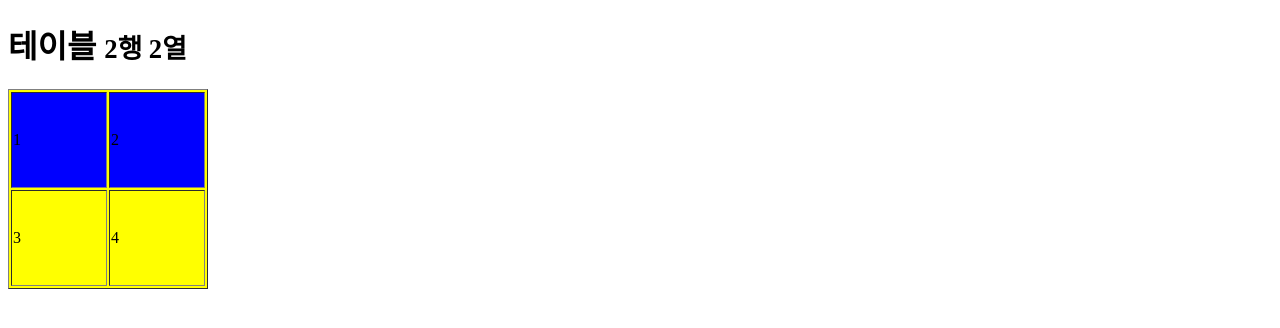
Repository: kmd192kmd/Web
Page: html/HtmlTest/src/main/webapp/ex13_table.html
These files come from the project's save history. The page is drawn as it stood at one moment and after the next save; the edit follows.
The browser window is 1280 px wide. The pictures show the whole page.

Above is the page before, as saved 2026-02-13 05:23:21.

### html/HtmlTest/src/main/webapp/ex13_table.html
<!DOCTYPE html>
<html>
<head>
<meta charset="UTF-8">
<title>Insert title here</title>
</head>
<body>
	<!-- ex13_table.html -->
	<!--

		표, table

		1. 표를 만들기 위해서 사용
		2. 레이아웃을 만들기 위해서 사용 > CSS


		테이블 구성 요소

		1. <table>
		- 가장 큰 상자
		- 테이블 컨테이너

		2. <tr>
		- 중간 긴 상자
		- Table Row
		- 테이블 행 역할

		3. <td>
		- 가장 작은 상자
		- Table Data
		- 테이블 셀 역할
		- 데이터 담는 역할

	 -->

	 <h1>테이블 <small>2행 2열</small></h1>

	 <table border="1" width="200" height="200" bgcolor="yellow">
	 	<tr bgcolor="blue">
	 		<td bgcolot="red">1</td>
	 		<td>2</td>
	 	</tr>
	 	<tr>
	 		<td>3</td>
	 		<td>4</td>
	 	</tr>
	 </table>

</body>
</html>

After the next save:
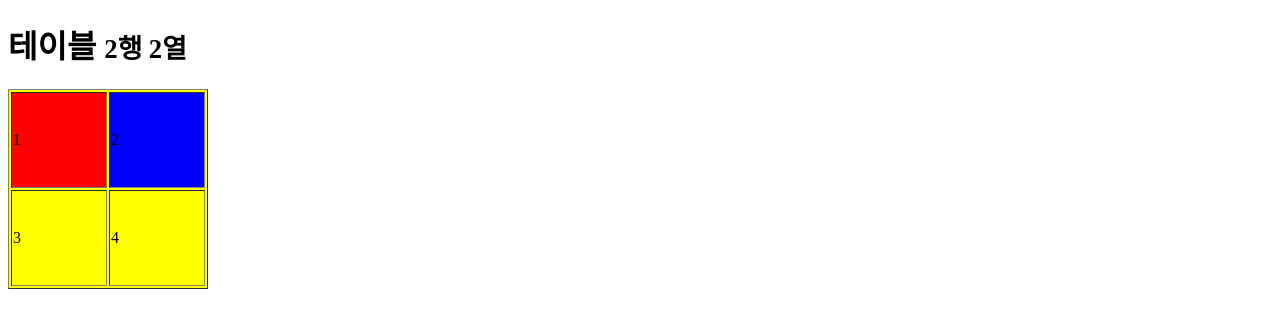
Saved 8 s later.
--- a/html/HtmlTest/src/main/webapp/ex13_table.html
+++ b/html/HtmlTest/src/main/webapp/ex13_table.html
@@ -37,7 +37,7 @@
 
 	 <table border="1" width="200" height="200" bgcolor="yellow">
 	 	<tr bgcolor="blue">
-	 		<td bgcolot="red">1</td>
+	 		<td bgcolor="red">1</td>
 	 		<td>2</td>
 	 	</tr>
 	 	<tr>
